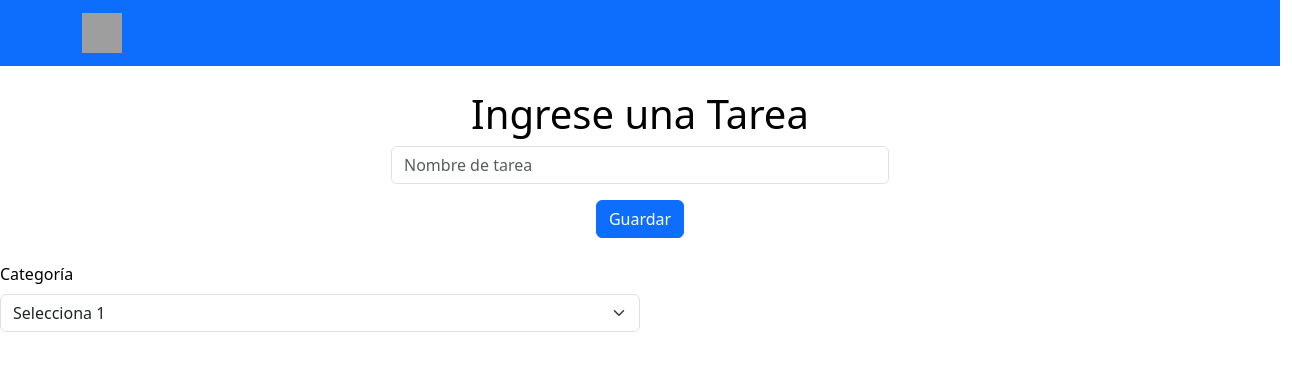
Repository: mgarrido0gb/registroTareas
Page: http://localhost/Tareas/Home
These files come from the project's save history. The page is drawn as it stood at one moment and after the next save; the edit follows.
The browser window is 1280 px wide. The page is 1292 px wide, so the pictures cover 1292 px, including what lies to the right of the window. The pictures show the whole page.
Pictures or frames that could not be fetched are drawn as grey boxes. The page is served by Tomcat 10. Other server files are loaded and not shown. Queries for data that is not in the repository find no rows.

Above is the page before, as saved 2024-05-21 20:36:12.

### Tareas/src/main/webapp/WEB-INF/home.jsp
<%@page import="models.Categoria"%>
<%@page import="models.Tarea"%>
<%@ page language="java" contentType="text/html; charset=ISO-8859-1"
    pageEncoding="ISO-8859-1" import="java.util.ArrayList" import="models.Tarea" import="models.Categoria"%>
<!doctype html>
<html lang="en">
  <head>
    <meta charset="utf-8">
    <meta name="viewport" content="width=device-width, initial-scale=1">
    <title>Registro Tareas</title>
    <link href="https://cdn.jsdelivr.net/npm/bootstrap@5.3.3/dist/css/bootstrap.min.css" rel="stylesheet" integrity="sha384-QWTKZyjpPEjISv5WaRU9OFeRpok6YctnYmDr5pNlyT2bRjXh0JMhjY6hW+ALEwIH" crossorigin="anonymous">
    <style type="text/css">
    	body{
    		background-color: white;
    		color: black;
    	}

    	li{
    		color: black;
    	}

    	.logotipo{
    		width: 30px;
    		height: 30px;
    	}






    </style>

  </head>
  <body>
  	<nav class="navbar bg-primary" id="nav">
  		<div class="container">
    		<a class="navbar-brand" href="#">
      			<img src="https://cdn-icons-png.flaticon.com/512/181/181627.png"  width="40" height="40">
    		</a>
  		</div>
	</nav>

    <div class="container">
    	<div class="row justify-content-center">
        	<div class="col-12 col-md-9 col-lg-6">
            	<form action="/Tareas/Home" method="post">
                	<div class="p-4">
                    	<h1 class="text-center">Ingrese una Tarea</h1>
                    	<div class="form-group">
                        	<input class="form-control" placeholder="Nombre de tarea" name="texto" type="text" required>
                    	</div>
                    	<div class="text-center mt-3">
                        	<input type="submit" value="Guardar" class="btn btn-primary" onclick="mensaje()">
                    	</div>
                	</div>
            	</form>
        	</div>
    	</div>
	</div>

	<% ArrayList<Categoria> cats = (ArrayList<Categoria>)request.getAttribute("cats"); %>

	<div class="col-12 col-md-9 col-lg-6">
              <label for="exampleInputPassword1" class="form-label">Categoría</label>
              <select class="form-select" name="categoria_id" required>
                <option selected value>Selecciona 1</option>
                <% for (Categoria c: cats) { %>
                	<option value="<%=c.id %>"><%=c.nombre %></option>
                <% } %>
              </select>
            </div>


   <div class="row">
   		<div class="col-6 offset-3 d-block m-auto m-0 p-2 col-md-3">
   			 <%
    			ArrayList<Tarea> tareas = (ArrayList<Tarea>)request.getAttribute("tareas");
    		%>

    			<% for (Tarea t: tareas) { %>
    				<ul class="list-group text-center">
    					<li <% if (t.completada == true){ %>class="text-decoration-line-through text-danger"<% } %> class="list-group-item text-center">
    		 				<%=t.texto %> (creada en: <%=t.fecha %>)
    		 				<a href="/Tareas/CheckearTarea?id=<%=t.id%>"><img src="https://img.icons8.com/?size=48&id=sz8cPVwzLrMP&format=png" class="logotipo" onclick="check()" ></img></a>
    		 				<a href="/Tareas/GestionTarea?id=<%=t.id%>"><img src="https://img.icons8.com/?size=48&id=pre7LivdxKxJ&format=png" class="logotipo" onclick="eliminar()"></img></a>
    					</li>
    				<br>
    			<%}%>
    		</ul>

   		</div>
   </div>


   <script type="text/javascript">


   	function mensaje(){
   		alert("Tarea Agregada con éxito");
   	}

   	function eliminar(){
   		alert("Tarea eliminada con éxito");
   	}

   	function check(){
   		alert("Tarea Realizada con éxito");
   	}

   </script>
    <script src="https://cdn.jsdelivr.net/npm/bootstrap@5.3.3/dist/js/bootstrap.bundle.min.js" integrity="sha384-YvpcrYf0tY3lHB60NNkmXc5s9fDVZLESaAA55NDzOxhy9GkcIdslK1eN7N6jIeHz" crossorigin="anonymous"></script>
  </body>
</html>

### Tareas/src/main/java/servlets/Home.java
package servlets;

import jakarta.servlet.RequestDispatcher;
import jakarta.servlet.ServletException;
import jakarta.servlet.annotation.WebServlet;
import jakarta.servlet.http.HttpServlet;
import jakarta.servlet.http.HttpServletRequest;
import jakarta.servlet.http.HttpServletResponse;
import models.Categoria;
import models.Tarea;

import java.io.IOException;
import java.sql.SQLException;
import java.util.ArrayList;

import daos.CategoriaDao;
import daos.TareaDao;


/**
 * Servlet implementation class Home
 */
public class Home extends HttpServlet {
	private static final long serialVersionUID = 1L;

    /**
     * Default constructor.
     */
    public Home() {
        // TODO Auto-generated constructor stub
    }

	/**
	 * @throws IOException
	 * @throws ServletException
	 * @see HttpServlet#doGet(HttpServletRequest request, HttpServletResponse response)
	 */
	protected void doGet(HttpServletRequest request, HttpServletResponse response) throws ServletException, IOException  {
		// TODO Auto-generated method stub
		try {
			ArrayList<Tarea> tareas = TareaDao.getAll();
			System.out.println(tareas);
			request.setAttribute("tareas", tareas);

			ArrayList<Categoria> cats = CategoriaDao.getAll();
			request.setAttribute("cats", cats);
		} catch(SQLException e) {
			System.out.println(e);
		}


		// 2. Cargamos el JSP
		RequestDispatcher vista = request.getRequestDispatcher("WEB-INF/home.jsp");
		vista.forward(request, response);
	}

	/**
	 * @see HttpServlet#doPost(HttpServletRequest request, HttpServletResponse response)
	 */
	protected void doPost(HttpServletRequest request, HttpServletResponse response) throws ServletException, IOException {
		// TODO Auto-generated method stub
		String textoNuevaTarea = request.getParameter("texto");
		try {
			TareaDao.addNew(textoNuevaTarea);

		} catch (SQLException e) {
			// TODO Auto-generated catch block
			e.printStackTrace();
		}


		response.sendRedirect("/Tareas/Home");
	}

}

### Tareas/src/main/java/daos/TareaDao.java
package daos;

import java.sql.Connection;
import java.sql.PreparedStatement;
import java.sql.ResultSet;
import java.sql.SQLException;
import java.sql.Statement;
import java.util.ArrayList;

import models.Categoria;
import models.MyConn;
import models.Tarea;

public class TareaDao {

	static public void addNew(String textoNuevaTarea) throws SQLException {
		//1.-  nueva conexion
		Connection conn = MyConn.getConnection();
		//2.- consulta
		PreparedStatement consulta =conn.prepareStatement("INSERT INTO TAREAS (texto) values(?)");
		consulta.setString(1, textoNuevaTarea);
		consulta.execute();
	}

	static public void deleteById (int idTarea) throws SQLException {
		// 1. Pedimos una conexion nueva
		Connection conn = MyConn.getConnection();
		// 2. Creamos la consulta
		PreparedStatement stmt = conn.prepareStatement(
			"delete from tareas where id=?"
		);
		stmt.setInt(1, idTarea);
		// 3. Ejecutar la stmt
		stmt.executeUpdate();
	  }

	static public void checkById (int idTarea) throws SQLException {
		// 1. Pedimos una conexion nueva
		Connection conn = MyConn.getConnection();
		// 2. Creamos la consulta
		PreparedStatement stmt = conn.prepareStatement(
			"update tareas set completada = true where id = ?"
		);
		stmt.setInt(1, idTarea);
		// 3. Ejecutar la stmt
		stmt.executeUpdate();
	  }





	static public ArrayList<String> get_textos () throws SQLException {
		// 1. Creamos un ArrayList vacío
		ArrayList<String> textos = new ArrayList<String>();
		// 2. Pedimos una conección nueva
		Connection conn = MyConn.getConnection();
		// 3. Creamos y ejecutamos la consulta
		Statement consulta = conn.createStatement();
		ResultSet respuesta = consulta.executeQuery("select * from tareas");

		// 4. Vamos llenando el ArrayList con lo que tenga la respuesta
		while (respuesta.next()) {
		  textos.add( respuesta.getString("texto") );
		}
		// 5. Retornamos el ArrayList, ahora lleno
		return textos;
	  }



	static public ArrayList<Tarea> getAll () throws SQLException {
		// 1. Creamos un ArrayList vacío
		ArrayList<Tarea> tareas = new ArrayList<Tarea>();
		// 2. Pedimos una conección nueva
		Connection conn = MyConn.getConnection();
		// 3. Creamos y ejecutamos la consulta
		Statement consulta = conn.createStatement();
		ResultSet respuesta = consulta.executeQuery("select * from tareas");

		// 4. Vamos llenando el ArrayList con lo que tenga la respuesta
		while (respuesta.next()) {
			Tarea t = new Tarea(
					respuesta.getInt("id"),
					respuesta.getString("texto"),
					respuesta.getBoolean("completada"),
					respuesta.getDate("fecha")

			);
		  tareas.add(t);
		}
		return tareas;
	  }
}

### Tareas/src/main/java/models/MyConn.java
package models;

import java.sql.Connection;
import java.sql.DriverManager;
import java.sql.SQLException;

public class MyConn {
	static final String URL = "jdbc:postgresql://localhost/ejemplo_dao";
	static final String USER = "postgres";
	static final String PASSWORD = "12345";
	static final String DRIVER = "org.postgresql.Driver";

	static public Connection conn = null;

    static public Connection getConnection () {
      if (conn != null) {
        return conn;
      }
      try {
    	Class.forName(DRIVER);
    	conn = (Connection) DriverManager.getConnection(URL, USER, PASSWORD);
      }
      catch (ClassNotFoundException | SQLException e) {
    	e.printStackTrace();
      }
      return conn;
    }
}

### Tareas/src/main/java/daos/CategoriaDao.java
package daos;

import java.sql.Connection;
import java.sql.ResultSet;
import java.sql.SQLException;
import java.sql.Statement;
import java.util.ArrayList;

import models.Categoria;
import models.MyConn;


public class CategoriaDao {
	static public ArrayList<Categoria> getAll () throws SQLException {
		// 1. Creamos un ArrayList vacío
				ArrayList<Categoria> categorias = new ArrayList<Categoria>();
				// 2. Pedimos una conección nueva
				Connection conn = MyConn.getConnection();
				// 3. Creamos y ejecutamos la consulta
				Statement consulta = conn.createStatement();
				ResultSet respuesta = consulta.executeQuery("select * from categorias order by id");

				// 4. Vamos llenando el ArrayList con lo que tenga la respuesta
				while (respuesta.next()) {
				  Categoria t = new Categoria(
					respuesta.getInt("id"),
					respuesta.getString("nombre")
				  );
				  categorias.add( t );
				}
			  // 5. Retornamos el ArrayList, ahora lleno
			  return categorias;
}}

After the next save:
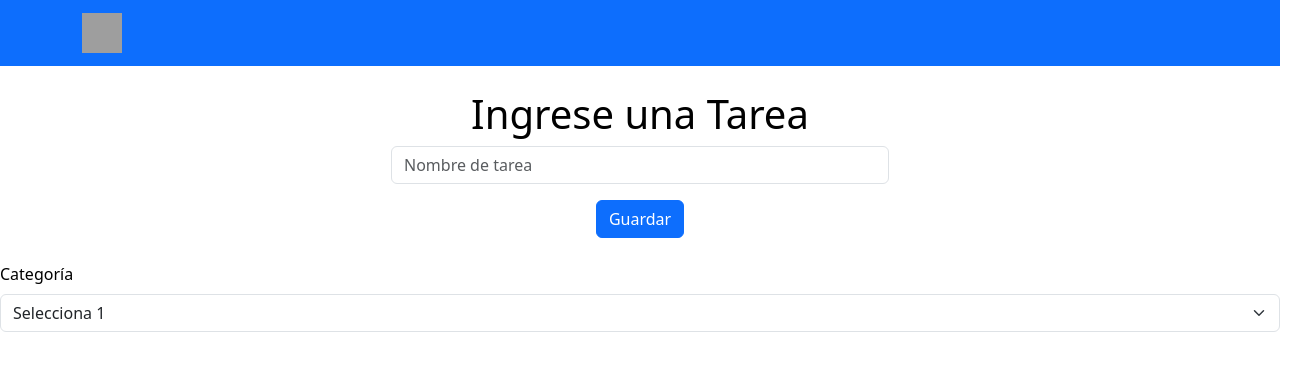
Saved 26 s later.
--- a/Tareas/src/main/webapp/WEB-INF/home.jsp
+++ b/Tareas/src/main/webapp/WEB-INF/home.jsp
@@ -61,7 +61,7 @@
 
 	<% ArrayList<Categoria> cats = (ArrayList<Categoria>)request.getAttribute("cats"); %>
 
-	<div class="col-12 col-md-9 col-lg-6">
+	<div class="mb-3">
               <label for="exampleInputPassword1" class="form-label">Categoría</label>
               <select class="form-select" name="categoria_id" required>
                 <option selected value>Selecciona 1</option>
